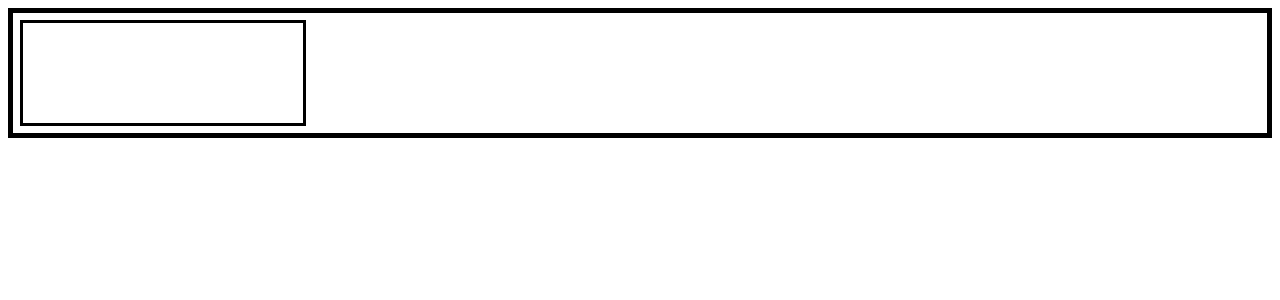
Repository: cartervandekamp/htmlstructure.mdia2003
Page: htmlstructure-psd/index.html
These files come from the project's save history. The page is drawn as it stood at one moment and after the next save; the edit follows.
The browser window is 1280 px wide. The pictures show the whole page.

Above is the page before, as saved 2023-01-16 17:58:59.

After the next save:
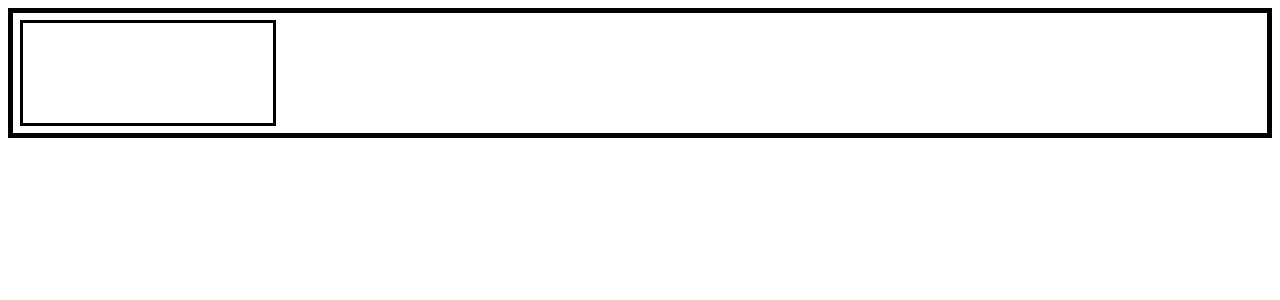
Saved 6 s later.
--- a/htmlstructure-psd/style.css
+++ b/htmlstructure-psd/style.css
@@ -14,7 +14,6 @@ body {
     height: 100px;
     width: 250px;
     margin: 7px;
-    padding-left: 30px;
     border-style: solid;
     border-color: black;
 }
